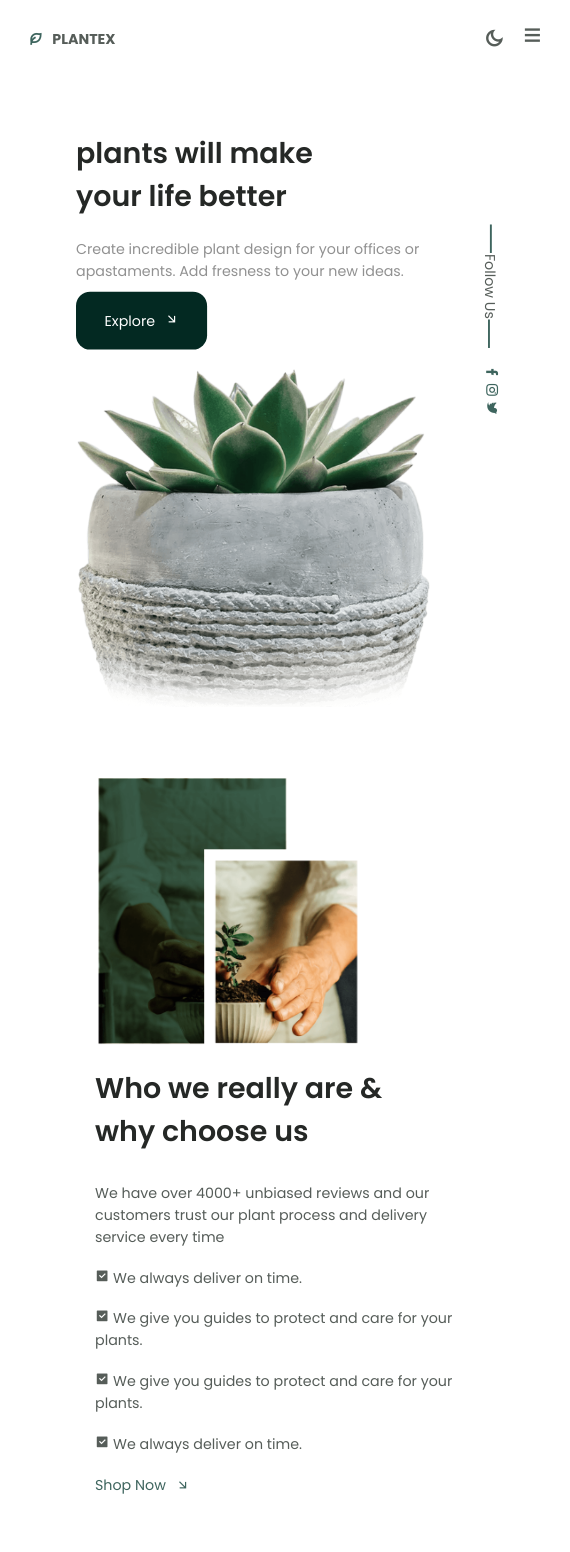
Repository: OmniaRafat232111121/plantwebsite
Page: index.html
An editor plug-in stored every save of this project. The page is shown before and after the next save, followed by the edit.
The browser window is 600 px wide. The pictures show the whole page, at 95% of full size.

Above is the page before, as saved 2023-01-05 00:12:41.

After the next save:
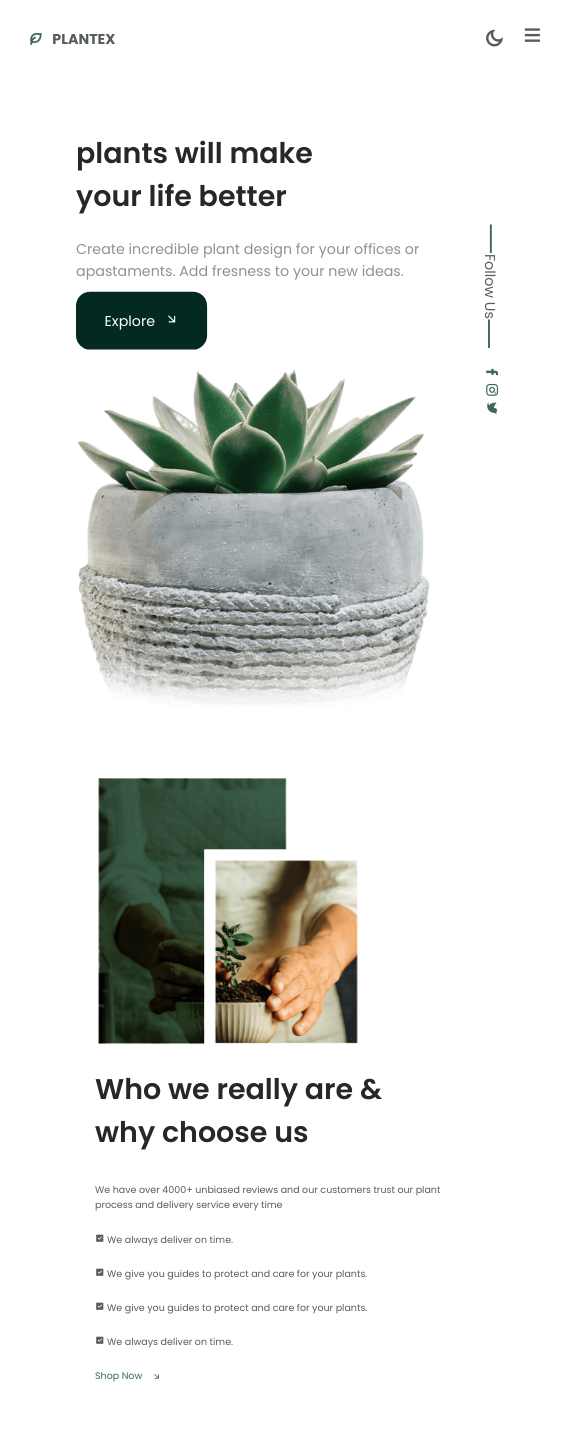
Saved 17 s later.
--- a/assets/css/styles.css
+++ b/assets/css/styles.css
@@ -395,7 +395,7 @@ color: var(--bold-green);
     font-size: 10px;
 
   }
-  .left-about{
+  .right-about{
     font-size: 10px;
   }
 }
